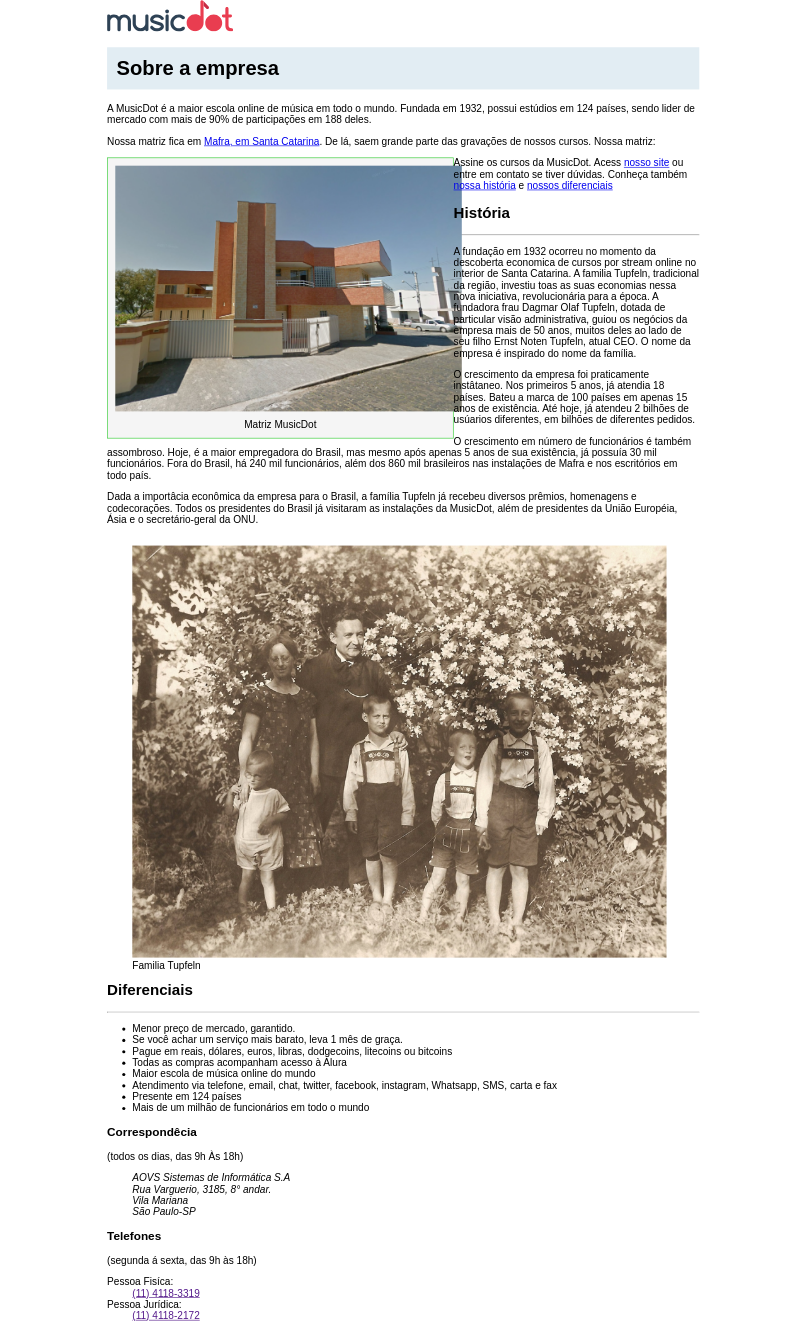
Repository: EmanuelUrbano/introducao_a_tecnologias
Page: 05_04_22/trabalho/projeto-musicdot/sobre.html
The author's editor kept a copy of each file at every save. The page is drawn from the files as they stood at one save, then again after the next save.
The browser window is 1280 px wide. The pictures show the whole page, at 63% of full size.

Above is the page before, as saved 2022-05-23 17:37:17.

After the next save:
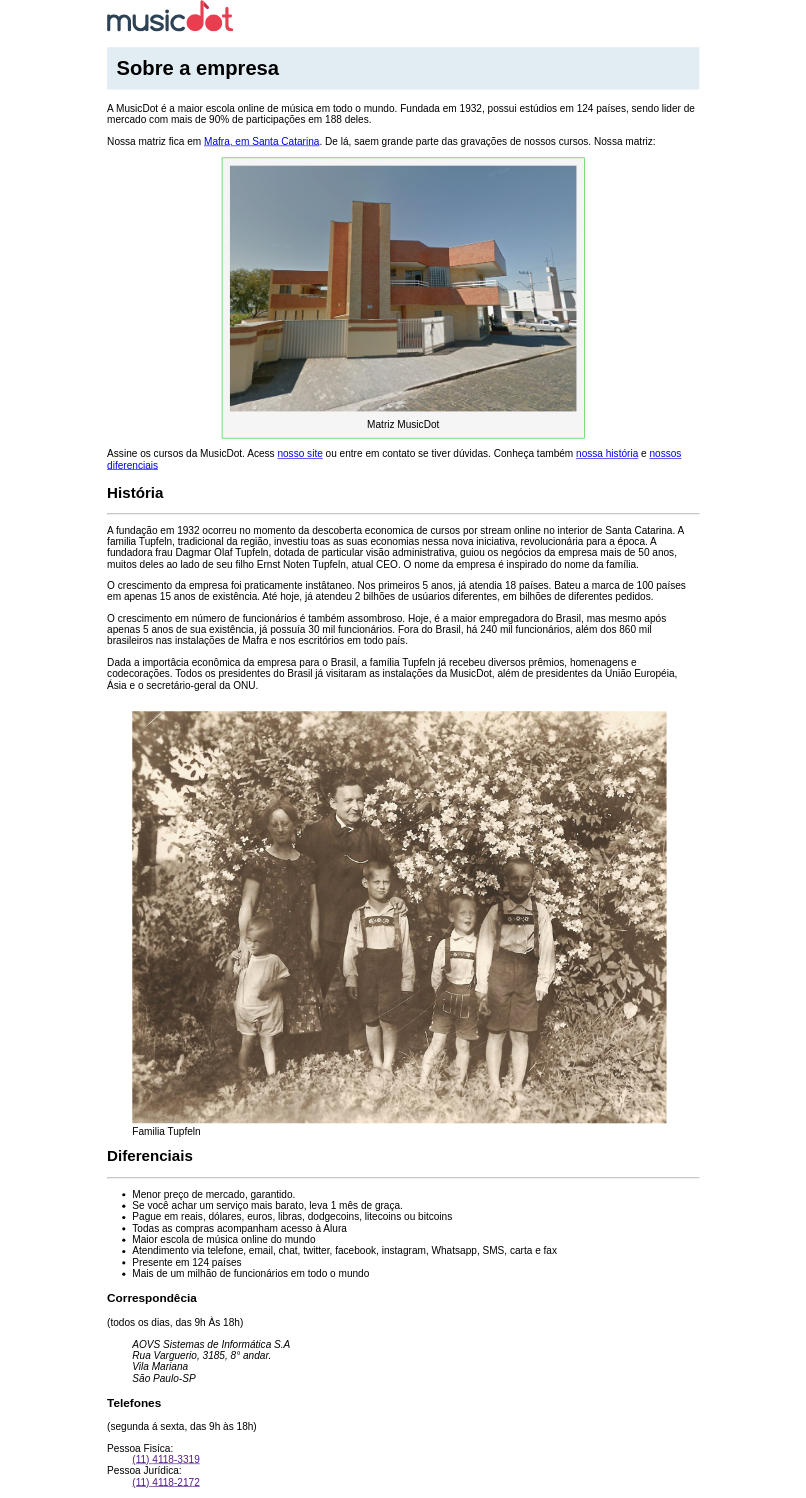
Saved 11 s later.
--- a/05_04_22/trabalho/projeto-musicdot/sobre.css
+++ b/05_04_22/trabalho/projeto-musicdot/sobre.css
@@ -28,7 +28,7 @@
     text-align: center;
 }
 
-figure:has(>img){
+figure:has(img[alt="familia-tupfeln"]){
     float: left;
     min-width: 275px;
     box-sizing: border-box;

After the 2 saves that followed:
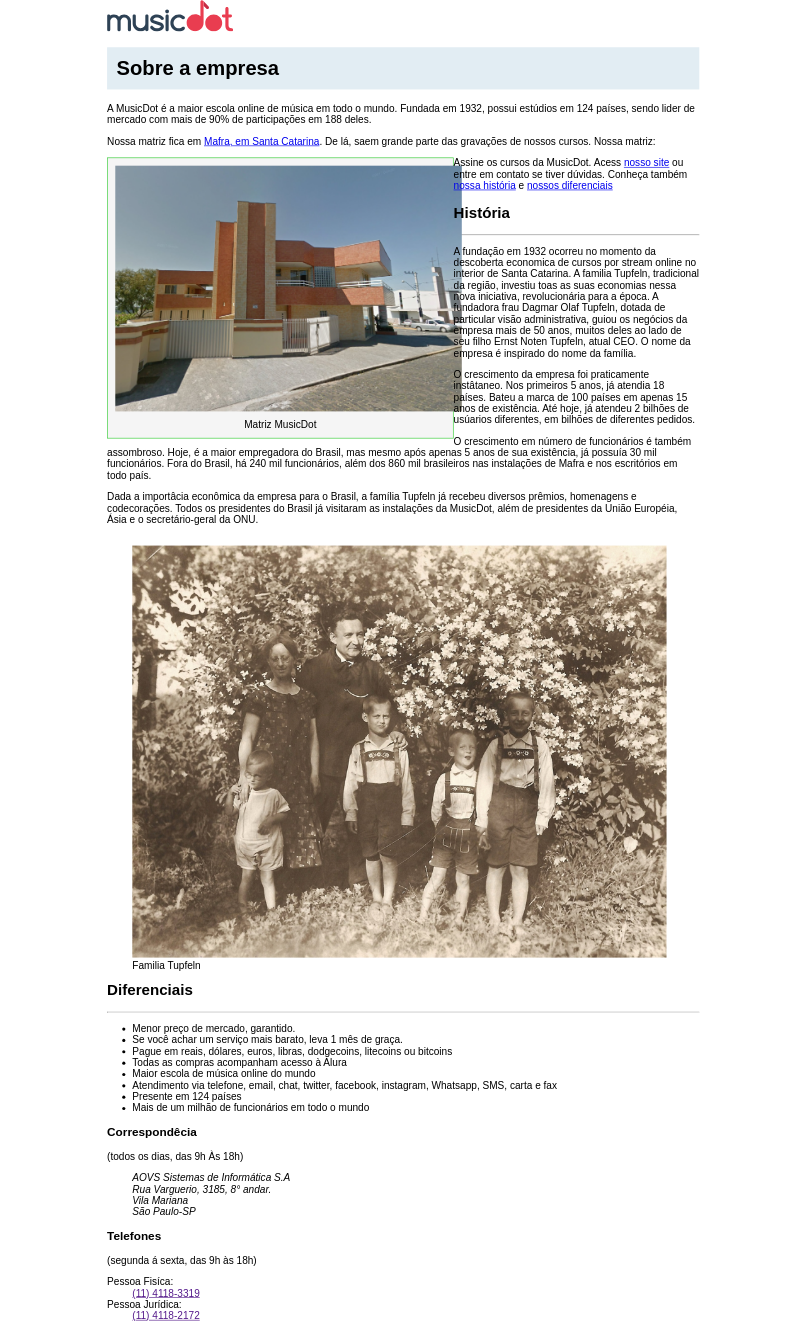
The 2 saves are shown as one change because 1 left the picture as it was.
The last was saved 2 min 58 s later.
--- a/05_04_22/trabalho/projeto-musicdot/sobre.css
+++ b/05_04_22/trabalho/projeto-musicdot/sobre.css
@@ -28,7 +28,7 @@
     text-align: center;
 }
 
-figure:has(img[alt="familia-tupfeln"]){
+figure{
     float: left;
     min-width: 275px;
     box-sizing: border-box;
